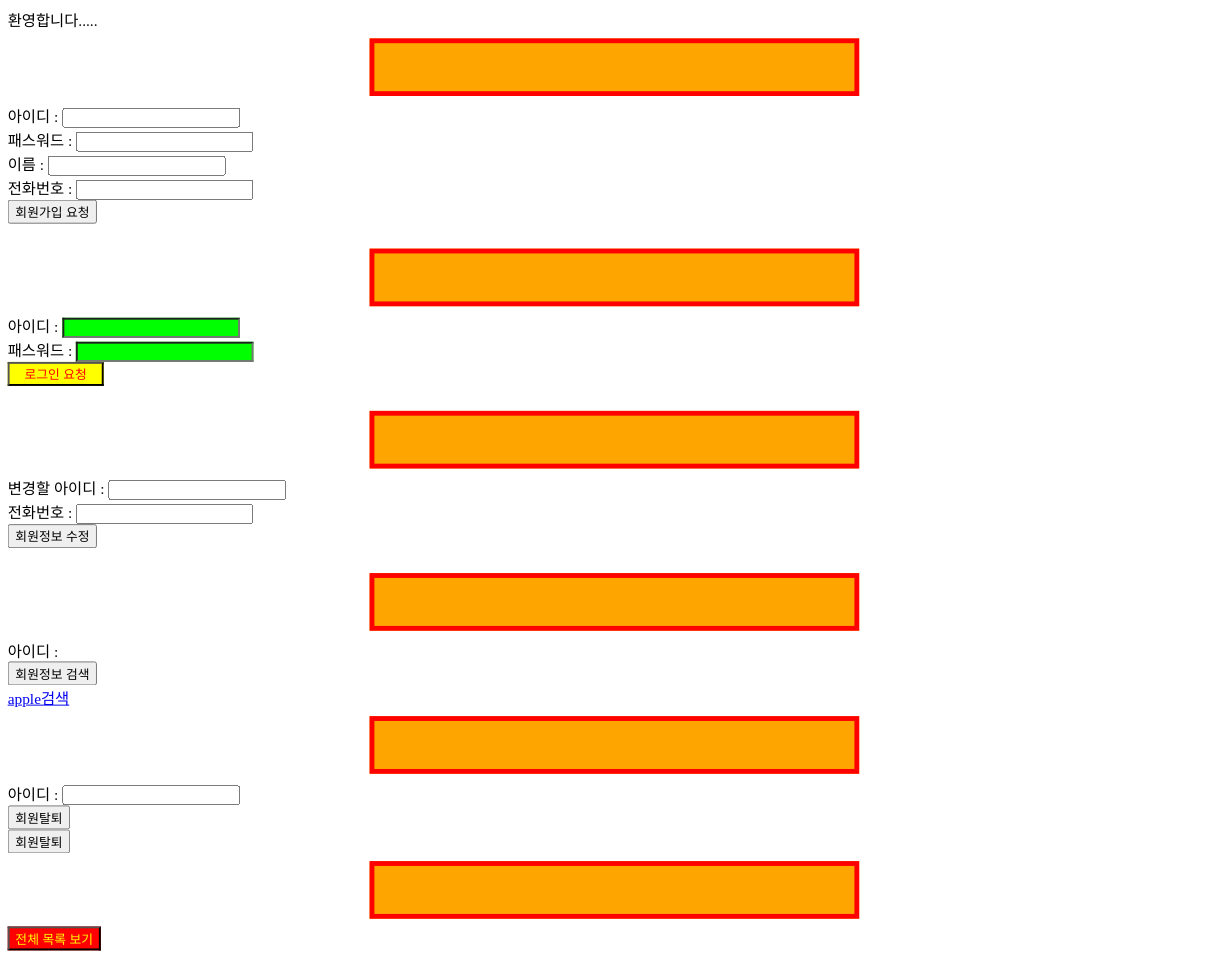
Repository: songhyeonjun/java
Page: http://localhost/spring03/
The author's editor kept a copy of each file at every save. The page is drawn from the files as they stood at one save, then again after the next save.
The browser window is 1280 px wide. The pictures show the whole page, at 96% of full size.
The page is served by Tomcat 9. Other server files are loaded and not shown.

Above is the page before, as saved 2022-02-16 06:19:01.

### spring03/src/main/webapp/index.jsp
<%@ page language="java" contentType="text/html; charset=UTF-8"
    pageEncoding="UTF-8"%>
<!DOCTYPE html>
<html>
   <head>
      <meta charset="UTF-8">
      <title>Insert title here</title>
      <link rel="stylesheet" type="text/css" href="resources/css/out.css">
	  <script type="text/javascript" src="resources/js/out.js"></script>
	  <script src="https://ajax.googleapis.com/ajax/libs/jquery/3.6.0/jquery.min.js"></script>
	  <script type="text/javascript">
	  	call()

	  	$(function() {
	  		alert('html이 ram에 모두 로딩 되었음.')
	  	});
	  </script>
   </head>
   <body>
   환영합니다.....<br>
   <hr color='red'>
   <form action="create">
   아이디   : <input type="text" name="id"><br>
   패스워드   : <input type="text" name="pw"><br>
   이름 : <input type="text" name="name"><br>
   전화번호 : <input type="text" name="tel"><br>
   <button>회원가입 요청</button>
   </form>
   <br>
   <hr color="blue">
   <form action="login.jsp">
   아이디 : <input type="text" name="id" style=background:lime;><br>
   패스워드   : <input type="text" name="pw"  style=background:lime;><br>
   <button style=background:yellow;color:red;width:100px;>로그인 요청</button>
   </form>
   <br>
   <hr color="blue">
   <form action="update">
   변경할 아이디 : <input type="text" name="id" ><br>
   전화번호 : <input type="text" name="tel"><br>
   <button>회원정보 수정 </button>
   </form>
   <br>
   <hr color="blue">
   <form action="one.jsp">
   아이디 : <input type="hidden" name="id" value="${user}"><br>
   <button>회원정보 검색  </button>
   </form>
   <a href="one.jsp?id=apple">apple검색  </a>
   <br>
   <hr color="blue">
   <form action="delete">
   아이디 : <input type="text" name="id" value="${user}"><br>
   <button>회원탈퇴</button>
   </form>
   <a href="delete.jsp?id=${user}">
      <button>회원탈퇴</button>
   </a>
   <br>
   <hr color="blue">
   <a href="list.jsp">
      <button style=color:yellow;background:red;>전체 목록 보기</button>
   </a>
   </body>
</html>

### spring03/src/main/webapp/resources/css/out.css
@charset "UTF-8";
hr {
	width: 500px;
	height: 50px;
	background: orange;
	border: 5px solid red;
}

### spring03/src/main/webapp/resources/js/out.js
function call(){
	alert('i am a java programmer')
}

After the next save:
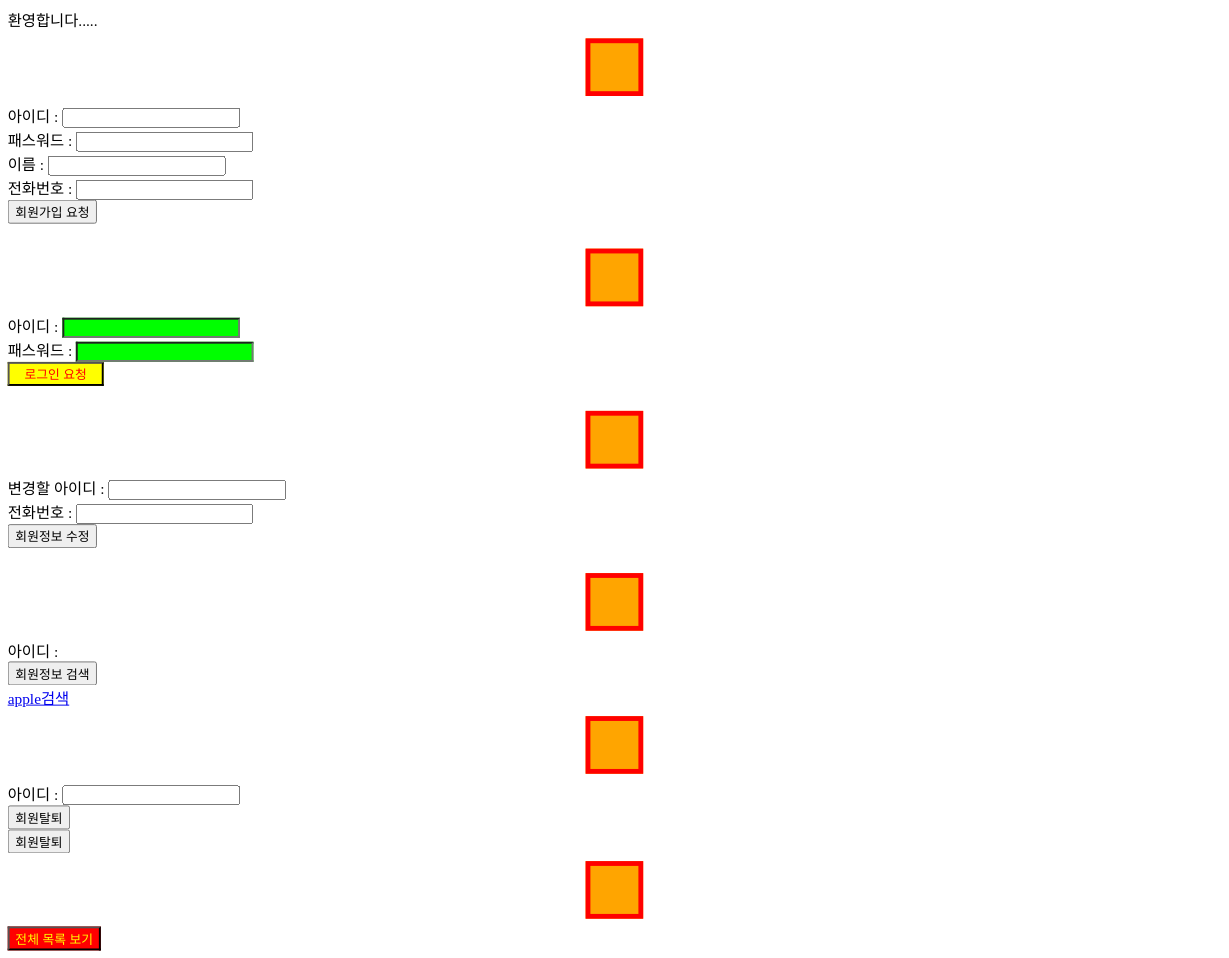
Saved 12 min 14 s later.
--- a/spring03/src/main/webapp/resources/css/out.css
+++ b/spring03/src/main/webapp/resources/css/out.css
@@ -1,6 +1,6 @@
 @charset "UTF-8";
 hr {
-	width: 500px;
+	width: 50px;
 	height: 50px;
 	background: orange;
 	border: 5px solid red;
